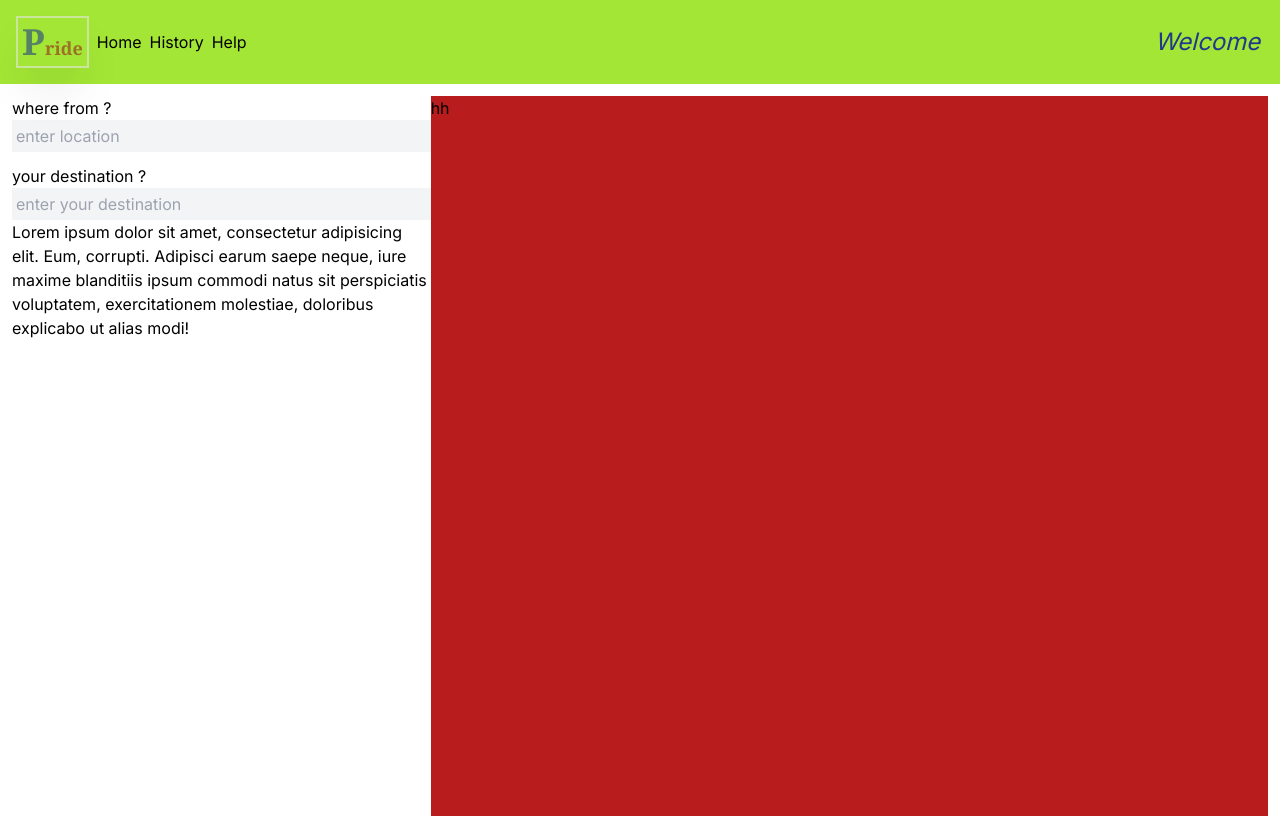
Repository: Semanmernstack/uber-mapbox
Page: /
An editor plug-in stored every save of this project. The page is shown before and after the next save, followed by the edit.
The browser window is 1280 px wide. The pictures show the whole page.
The page's requests for data from a server got no answer. The project was rebuilt for these pictures with package versions that can differ from the ones it lists, and the page was loaded fresh each time. Some packages were replaced by stand-ins written for this rebuild. The framework's server and built-in components were replaced by stand-ins that run in the browser. No one was signed in, and anything a server would have sent is missing. Also part of the build but not shown: next.config.js.

Above is the page before, as saved 2023-08-16 06:16:43.

### app/layout.tsx
import './globals.css'
import type { Metadata } from 'next'
import { Inter } from 'next/font/google'
import Nav from './components/Nav'
import { ClerkProvider } from '@clerk/nextjs'

const inter = Inter({ subsets: ['latin'] })

export const metadata: Metadata = {
  title: 'Create Next App',
  description: 'Generated by create next app',
}

export default function RootLayout({
  children,
}: {
  children: React.ReactNode
}) {
  return (
    <ClerkProvider>
      <html lang="en">
        <body className={inter.className}> <Nav/>  {children}</body>
      </html>
    </ClerkProvider>
  )
}

### app/page.tsx
import Image from 'next/image'
import Booking from './components/Booking'
import Mapp from './components/Mapp'

export default function Home() {
  return (
    <main className="p-3 gap  ">
      <div className="grid grid-cols-1 md:grid-cols-3   ">
        <div className=" h-[80%]">
          <Booking/>

        </div>
        <div className=" bg-red-700 col-span-2 h-screen">
          <Mapp/>
        </div>
      </div>
    </main>
  )
}

### app/components/Nav.tsx
import { UserButton, currentUser } from '@clerk/nextjs'
import React from 'react'

async function Nav() {
    const user = await currentUser()
  return (
    <div className="flex items-center justify-between p-4 bg-lime-400">
        <div className="flex items-center gap-2">

            <h1 className="font-extrabold shadow-2xl border-gray-200 border-2 p-1 font-serif text-2xl md:text-3xl lg:text-4xl animate-pulse text-blue-900">P<span className="text-lg animate-none font-bold text-red-800">ride</span></h1>
            <h2>Home</h2>
            <h2>History</h2>
            <h2>Help</h2>

        </div>
        <div className="flex gap-1 items-center">
            <h1 className="text-2xl text-blue-900 italic">Welcome</h1>
            <h1 className='hidden md:inline-flex'>{user?.firstName}</h1>
            <UserButton/>
        </div>
    </div>
  )
}

export default Nav

### app/components/Booking.tsx
import React from 'react'
import BookingInput from './BookingInput'

function Booking() {
  return (
    <div className="">
        <BookingInput/>
        <h1>Lorem ipsum dolor sit amet, consectetur adipisicing elit. Eum, corrupti. Adipisci earum saepe neque, iure maxime blanditiis ipsum commodi natus sit perspiciatis voluptatem, exercitationem molestiae, doloribus explicabo ut alias modi!</h1>
    </div>
  )
}

export default Booking

### app/components/Mapp.tsx
"use client"


import React from 'react'
import Map from 'react-map-gl';
function Mapp() {
  return (
    <div>
      <h1>hh</h1>



    </div>
  )
}

export default Mapp

### app/components/BookingInput.tsx
"use client"

import React, { useEffect, useState } from 'react'

function BookingInput() {
    const [where, setWhere] = useState<any>()
    const [to, setTo] = useState<any>()
    const [lists, setLists] = useState<any>([])

    useEffect(() => {
        getAdress()

    }, [where, to])

    const getAdress = async () => {
        setLists([])
        const res = await fetch('api/search-map?q='+where, {
            headers:{
                "Content-Type": "application/json",
            }

        })
        const re = await res.json()
        setLists(re)

    }
  return (
    <div className="flex flex-col gap-3">
        <div>
            <label> where from ?</label>
            <input type="text" placeholder='enter location'
                value={where}
                onChange={(e) => setWhere(e.target.value)}
                className="border-1 w-full outline-none bg-gray-100 focus:border-gray-700 p-1"
            />
            {lists?.suggestions?
                <div >
                    {lists?.suggestions.map((item:any, index:number) => (
                        <h2 onClick={() =>{ setWhere(item.full_address), setLists([])}}
                         >{item.full_address}</h2>
                    ))}
                </div> : null

            }


        </div>

        <div>
            <label> your destination ?</label>

            <input type="text" placeholder='enter your destination'
                value={to}
                onChange={(e) => setTo(e.target.value)}
                className="border-1 w-full outline-none bg-gray-100 focus:border-gray-700 p-1"
            />
            {lists?.suggestions?
                <div >
                    {lists?.suggestions.map((item:any, index:number) => (
                        <h2 onClick={() =>{ setTo(item.full_address), setLists([])}}
                         >{item.full_address}</h2>
                    ))}
                </div> : null

            }

        </div>
    </div>
  )
}

export default BookingInput

Loaded but not shown: app/globals.css (common file); tailwind.config.ts (common file)

After the next save:
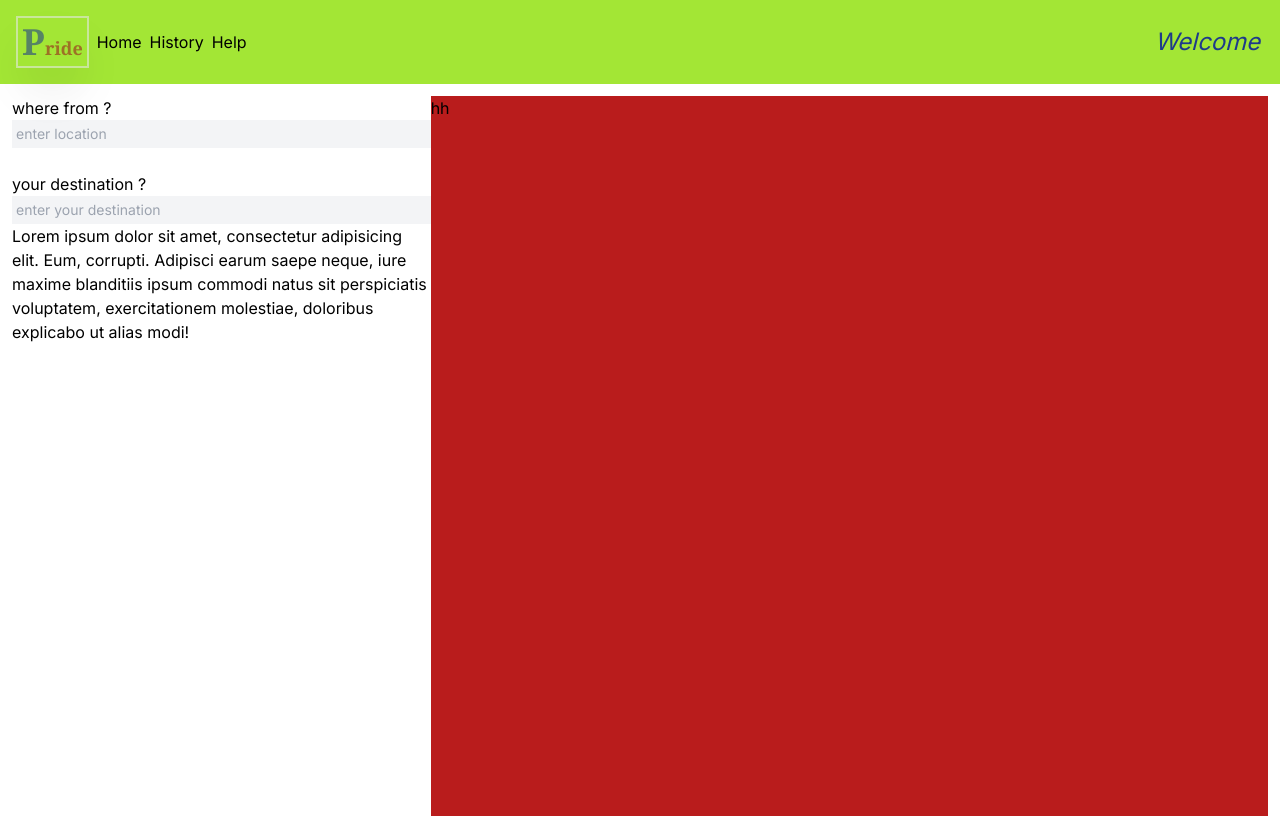
Saved 2 min 35 s later.
--- a/app/components/BookingInput.tsx
+++ b/app/components/BookingInput.tsx
@@ -25,18 +25,18 @@
 
     }
   return (
-    <div className="flex flex-col gap-3">
+    <div className="flex flex-col gap-6">
         <div>
             <label> where from ?</label>
             <input type="text" placeholder='enter location'
                 value={where}
                 onChange={(e) => setWhere(e.target.value)}
-                className="border-1 w-full outline-none bg-gray-100 focus:border-gray-700 p-1"
+                className="border-1 w-full text-sm outline-none bg-gray-100 focus:border-gray-700 p-1"
             />
             {lists?.suggestions?
                 <div >
                     {lists?.suggestions.map((item:any, index:number) => (
-                        <h2 onClick={() =>{ setWhere(item.full_address), setLists([])}}
+                        <h2 className='text-sm shadow-2xl' onClick={() =>{ setWhere(item.full_address), setLists([])}}
                          >{item.full_address}</h2>
                     ))}
                 </div> : null
@@ -52,12 +52,12 @@
             <input type="text" placeholder='enter your destination'
                 value={to}
                 onChange={(e) => setTo(e.target.value)}
-                className="border-1 w-full outline-none bg-gray-100 focus:border-gray-700 p-1"
+                className="border-1 w-full text-sm outline-none bg-gray-100 focus:border-gray-700 p-1"
             />
             {lists?.suggestions?
                 <div >
                     {lists?.suggestions.map((item:any, index:number) => (
-                        <h2 onClick={() =>{ setTo(item.full_address), setLists([])}}
+                        <h2 className='text-sm shadow-2xl' onClick={() =>{ setTo(item.full_address), setLists([])}}
                          >{item.full_address}</h2>
                     ))}
                 </div> : null
